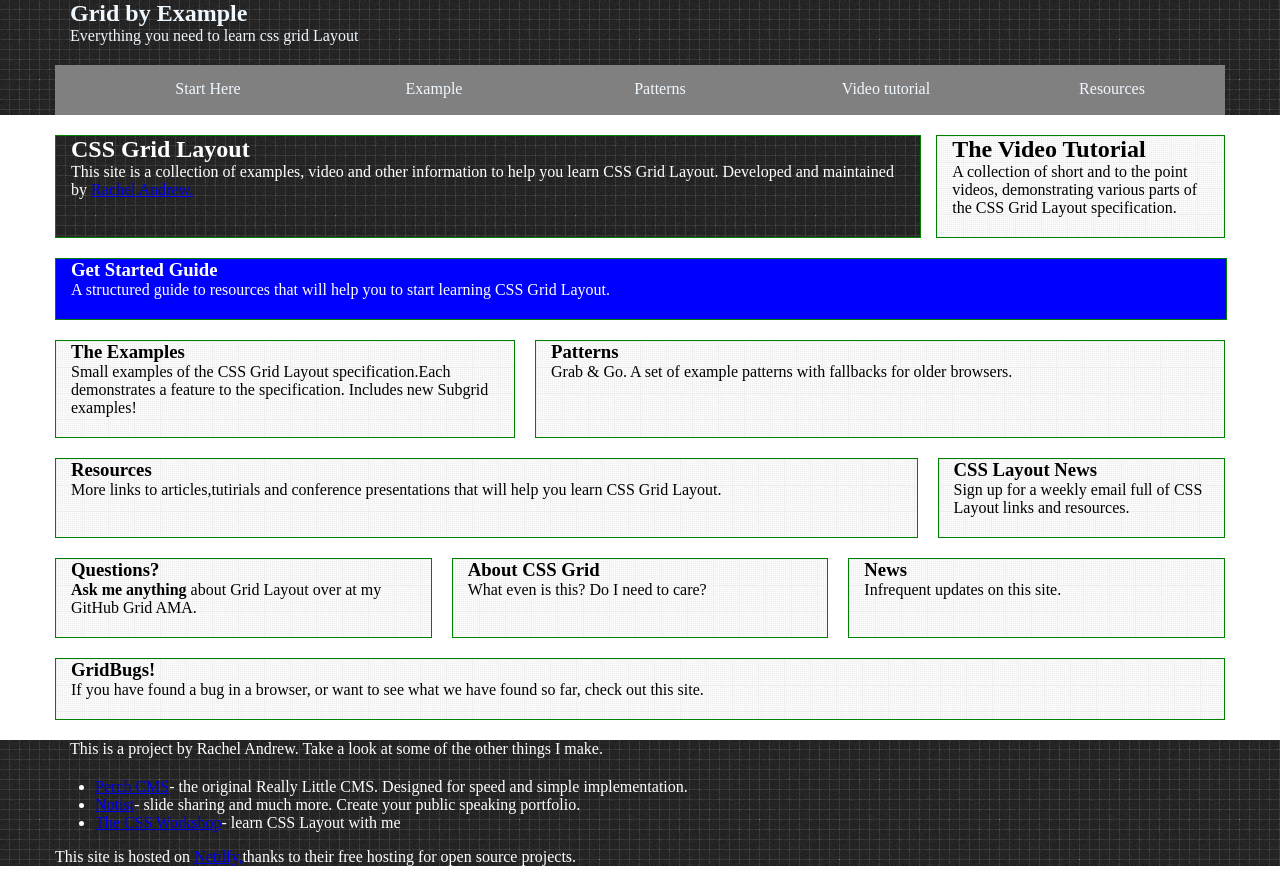
Repository: sitikhusushan/grid
Page: index.html
The author's editor kept a copy of each file at every save. The page is drawn from the files as they stood at one save, then again after the next save.
The browser window is 1280 px wide. The pictures show the whole page.

Above is the page before, as saved 2020-05-12 23:47:22.

### index.html
<!DOCTYPE html>
<html lang="en">
  <head>
    <meta charset="UTF-8" />
    <meta name="viewport" content="width=device-width, initial-scale=1.0" />
    <title>Grid View</title>
    <link rel="stylesheet" href="style.css" />
  </head>
  <body>
    <div class="header">
      <div class="container">
        <div class="balance">
        <h2>Grid by Example</h2>
        <p>Everything you need to learn css grid Layout</p>
        </div>
        <ul>
          <li>Start Here</li>
          <li>Example</li>
          <li>Patterns</li>
          <li>Video tutorial</li>
          <li>Resources</li>
        </ul>
      </div>
    </div>
    <div class="layout">
      <div class="container">
        <div class="layouts">
        <div class="left">
          <h2>CSS Grid Layout</h2>
          <p>
            This site is a collection of examples, video and other information
            to help you learn CSS Grid Layout. Developed and maintained by
            <a href="#">Rachel Andrew.</a>
          </p>
        </div>
        <div class="right">
          <h2>The Video Tutorial</h2>
          <p>
            A collection of short and to the point videos, demonstrating various
            parts of the CSS Grid Layout specification.
          </p>
        </div>
      </div>
    </div>
    </div>
    <div class="guide ">
      <div class="container">
        <div class="guides">
        <h3>Get Started Guide</h3>
        <p>
          A structured guide to resources that will help you to start learning
          CSS Grid Layout.
        </p>
      </div>
      </div>
    </div>
    <div class="new">
      <div class="container">
        <div class="news">
        <div class="left">
          <h3>The Examples</h3>
          <p>
            Small examples of the CSS Grid Layout specification.Each
            demonstrates a feature to the specification. Includes new Subgrid
            examples!
          </p>
        </div>
        <div class="right">
          <h3>Patterns</h3>
          <p>
            Grab & Go. A set of example patterns with fallbacks for older
            browsers.
          </p>
        </div>
      </div>
    </div>
    </div>
    <div class="resources">
      <div class="container">
        <div class="rs">
        <div class="left">
          <h3>Resources</h3>
          <p>
            More links to articles,tutirials and conference presentations that
            will help you learn CSS Grid Layout.
          </p>
        </div>
        <div class="right">
          <h3>CSS Layout News</h3>
          <p>
            Sign up for a weekly email full of CSS Layout links and resources.
          </p>
        </div>
      </div>
    </div>
    </div>
    <div class="question">
      <div class="container">
        <div class="qs">
        <div class="left">
          <h3>Questions?</h3>
          <p>
            <b>Ask me anything</b> about Grid Layout over at my GitHub Grid AMA.
          </p>
        </div>
        <div class="middle">
          <h3>About CSS Grid</h3>
          <p>What even is this? Do I need to care?</p>
        </div>
        <div class="right">
          <h3>News</h3>
          <p>Infrequent updates on this site.</p>
        </div>
      </div>
      </div>
    </div>
    <div class="bugs">
      <div class="container">
        <div class="bug">
        <h3>GridBugs!</h3>
        <p>
          If you have found a bug in a browser, or want to see what we have
          found so far, check out this site.
        </p>
      </div>
    </div>
    </div>
  <footer>
    <div class="foo">
      <div class="container">
      <p>This is a project by Rachel Andrew. Take a look at some of the other things I make.
        <ul>
          <li><a href="#">Perch CMS</a>- the original Really Little CMS. Designed for speed and simple implementation.</li>
          <li><a href="#">Notist</a>- slide sharing and much more. Create your public speaking portfolio.</li>
          <li><a href="#">The CSS Workshop</a>- learn CSS Layout with me</li>
        </ul>
        This site is hosted on <a href="#">Netilfy,</a>thanks to their free hosting for open source projects.
      </p>
      </div>
    </div>
  </footer>
  </body>
</html>

### style.css
body {
  padding: 0px;
  margin: 0px;
}

.container {
  width: 1170px;
  margin-left: auto;
  margin-right: auto;
  max-width: 100%;
  padding-left: 15px;
  padding-right: 15px;
}

/* * {
  -webkit-box-sizing: border-box;
  -moz-box-sizing: border-box;
  box-sizing: border-box;
} */

.header {
  background-image: url("image/inflicted.png");
  color: aliceblue;
}

.header ul {
  background-color: grey;
}

.header ul {
  list-style: none;
  display: grid;
  grid-template-columns: repeat(5, 1fr);
  grid-auto-rows: 50px;
  margin-bottom: auto;
  text-align: center;
}
.header li {
  padding: 15px;
}

.header li:hover {
  background-color: black;
}

.layout .left {
  background-image: url("image/inflicted.png");
  color: #ffffff;
}

.right {
  background-image: url("image/tiny_grid.png");
}

.guides {
  width: 100%;
  background-color: blue;
  color: #ffffff;
  border: solid 1px green;
}

.left {
  background-image: url("image/tiny_grid.png");
}

.middle {
  background-image: url("image/tiny_grid.png");
}

.bug {
  background-image: url("image/tiny_grid.png");
  margin-bottom: 20px;
  border: solid 1px green;
}

footer {
  background-image: url("image/inflicted.png");
  color: #ffffff;
}

.layouts {
  display: grid;
  grid-template-columns: 3fr 1fr;
  grid-gap: 15px;
  margin-top: 20px;
  margin-bottom: 20px;
}

.layouts > div,
.news > div,
.rs > div,
.qs > div {
  border: solid 1px green;
}

.news {
  display: grid;
  grid-template-columns: 2fr 3fr;
  grid-gap: 20px;
  margin-top: 20px;
  margin-bottom: 20px;
}

.rs {
  display: grid;
  grid-template-columns: 3fr 1fr;
  grid-gap: 20px;
}

.qs {
  display: grid;
  grid-template-columns: 1fr 1fr 1fr;
  grid-gap: 20px;
  margin-top: 20px;
  margin-bottom: 20px;
}

h3,
p,
h2 {
  margin: 0px;
  padding-left: 15px;
  padding-right: 15px;
}

p {
  margin-bottom: 20px;
}

After the next save:
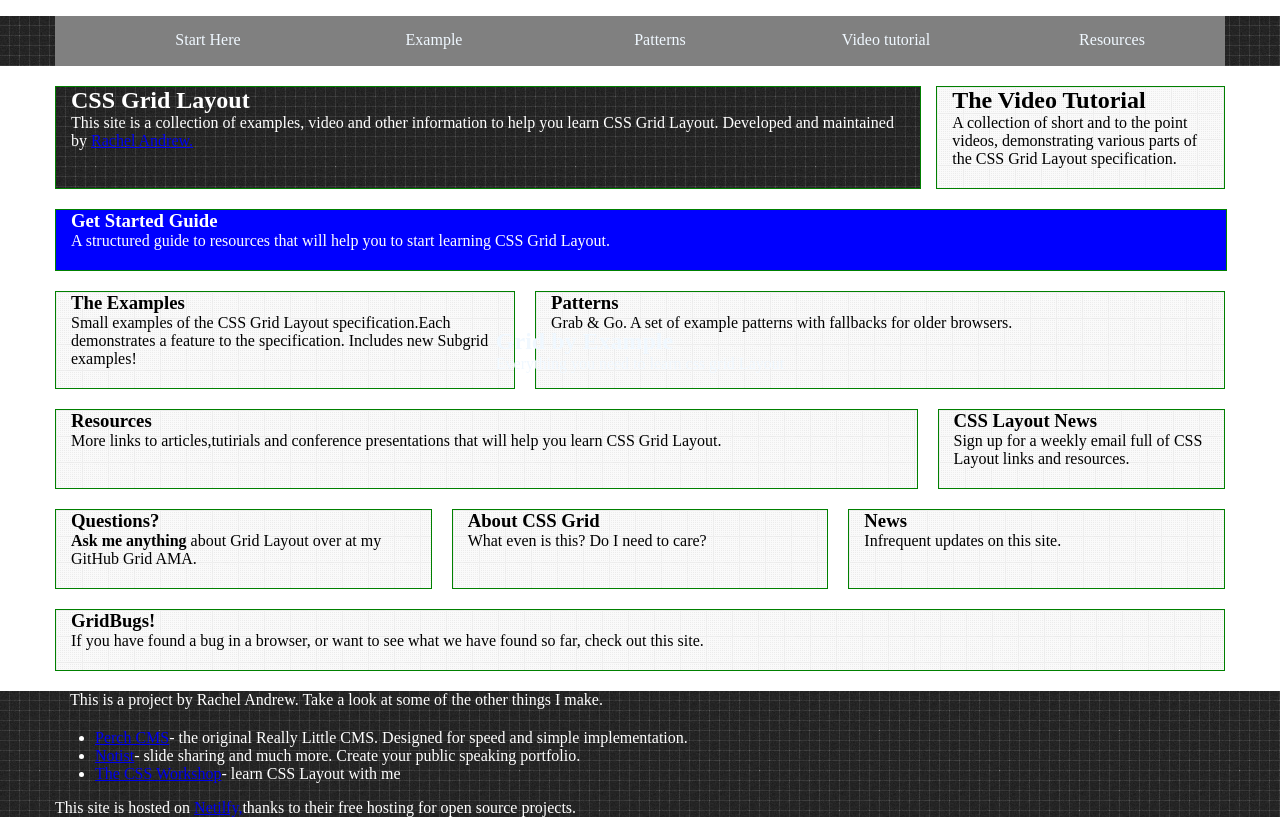
Saved 2 min 33 s later.
--- a/style.css
+++ b/style.css
@@ -21,6 +21,13 @@ body {
 .header {
   background-image: url("image/inflicted.png");
   color: aliceblue;
+}
+
+.balance {
+  position: absolute;
+  top: 50%;
+  left: 50%;
+  transform: translate(-50%, -50%);
 }
 
 .header ul {
